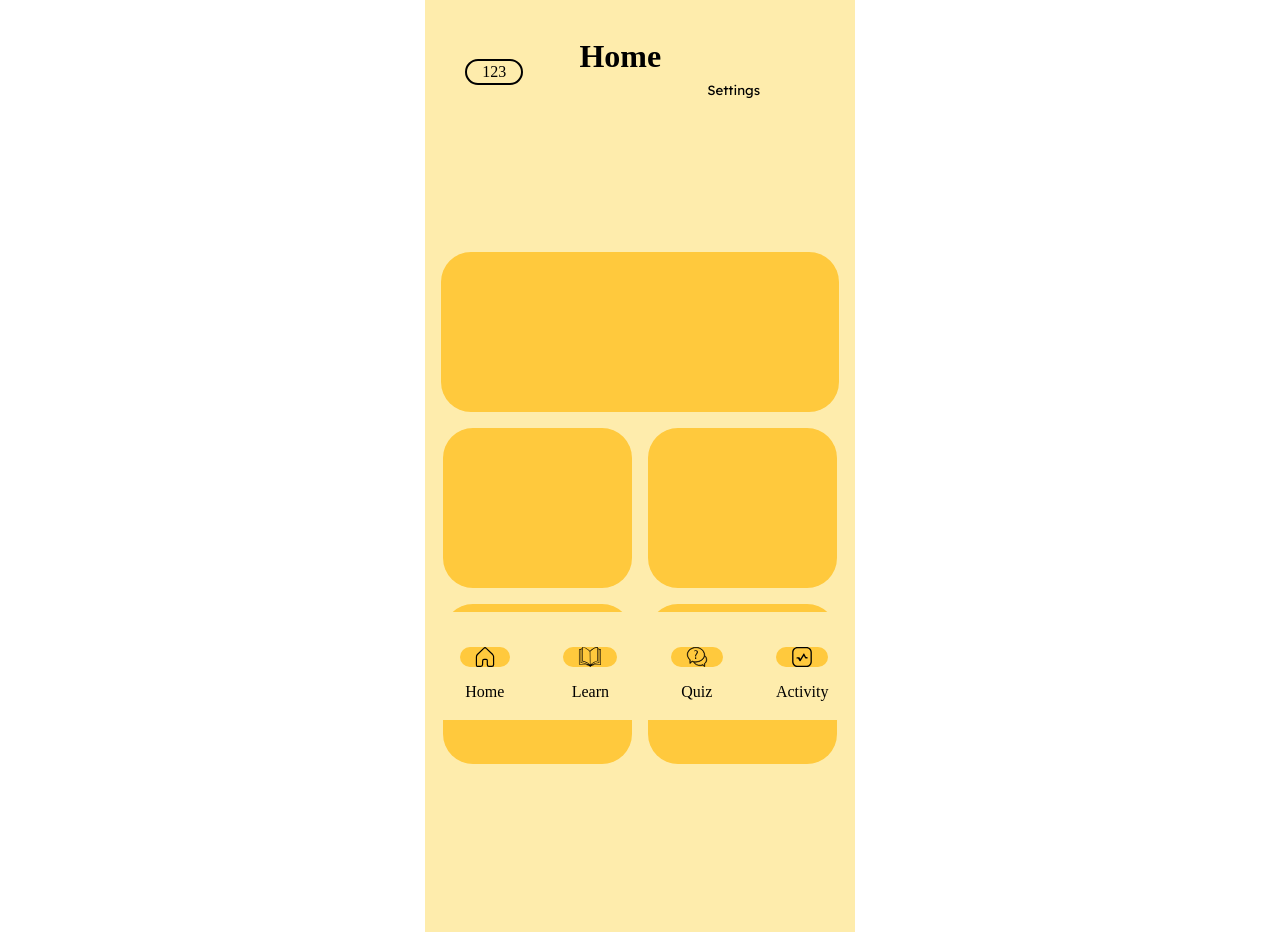
Repository: kellyzyhuang/HiveFive
Page: /
The author's editor kept a copy of each file at every save. The page is drawn from the files as they stood at one save, then again after a run of saves.
The browser window is 1280 px wide. The page is 1282 px wide, so the pictures cover 1282 px, including what lies to the right of the window. The pictures show the whole page.
Some web fonts or font styles are not loaded; a fallback is used. The project was rebuilt for these pictures with package versions that can differ from the ones it lists, and the page was loaded fresh each time. The framework's server and built-in components were replaced by stand-ins that run in the browser. Also part of the build but not shown: next.config.js, styles/Landing.module.css, components/buttons/index.js.

Above is the page before, as saved 2024-04-08 10:02:12.

### pages/index.js
import Head from 'next/head'
import Image from 'next/image'
import styles from '@/styles/Home.module.css'
import Header from '@/components/Header';
import NavBar from '@/components/NavBar';
import Landing from './Landing';

export default function Home() {
  return (
    <>
      <Head>
        <title>Hive Five</title>
        <meta name="description" content="Save the bees one question at a time" />
        <meta name="viewport" content="width=device-width, initial-scale=1" />
        <link rel="icon" href="/favicon.ico" />
        <link rel="preconnect" href="https://fonts.googleapis.com"/>
        <link rel="preconnect" href="https://fonts.gstatic.com" crossorigin/>
        <link href="https://fonts.googleapis.com/css2?family=Besley:ital,wght@0,400..900;1,400..900&family=Lexend:wght@100..900&display=swap" rel="stylesheet"></link>
      </Head>
      <main className={styles.main}>
        <div className={styles.screen}>
          <Header title="Home"/>
          <Landing/>
          <div className={styles.buffer}></div>
            <img/>
            <div className={styles.activityGraph}></div>
            <div className={styles.gallery}>
              <div className={styles.item}></div>
              <div className={styles.item}></div>
              <div className={styles.item}></div>
              <div className={styles.item}></div>
            </div>
            <NavBar className={styles.nav}/>
        </div>
      </main>
    </>
  )
}

### styles/globals.css
:root {
  --secondary-color: #FEECAC;
  --accent-color: #FFC93D;
  --tertiary-color: #4D6A58;
  --black-text: #0000;
  --incorrect: #851313;
  --correct: #1E3E19;
  --shadow: #D5D1A7;
  --sky-background: #E7F9FF;
}

### styles/Home.module.css
.main {
  display: flex;
  justify-content: center;
  background-color: var(--black-text);
  min-height: 100vh;
  margin: -10px;
}

.screen {
  width: 430px;
  height: 100%;
  background-color: var(--secondary-color);
  display: flex;
  justify-content: center;
  flex-wrap: wrap;
}

.buffer{
  height: 10rem;
  width: 100%;
}

.screen img {
  background-color: var(--accent-color);
  width: 100%;
  border-radius: 30px;
  margin: 1rem;
}

.activityGraph {
  width: 100%;
  border-radius: 30px;
  height: 10rem;
  background-color: var(--accent-color);
  margin: 0.5rem 1rem;
}

.gallery {
  display: flex;
  flex-wrap: wrap;
  justify-content: center;
  width: 100%;
  margin-bottom: 10rem;
}

.item {
  width: 44%;
  height: 10rem;
  background-color: var(--accent-color);
  border-radius: 30px;
  margin: 0.5rem;
}

.nav {
  background-color: var(--accent-color);
  height: 9rem;
  width: 430px;
  position: fixed;
  bottom: 0;
  z-index: 1000;
}

### components/Header/index.js
import styles from './Header.module.css';
import Image from 'next/image';
import Link from 'next/link';

export default function Header({ title }) {
  return(
    <header className={styles.header}>
      {/* <Image src="/images/bee.png" alt="bee icon" width={1} height={1}/>  */}
      {/* exit button will be here */}
      <ul className={styles.list}>
        <li className={styles.listItem}>
          <div className={styles.counter}>123</div>
        </li>
        <li className={styles.listItem}>
          <h1 className={styles.pageTitle}>{title}</h1>
        </li>
        <li className={styles.listItem}>
          <button className={styles.settings}><Link href="/Settings"><Image className={styles.settingsImg}/>Settings</Link></button>
        </li>
      </ul>
    </header>
  )
}

### components/NavBar/index.js
import styles from "./NavBar.module.css";
import Link from "next/link";
import Image from "next/image";

export default function NavBar(){
    return(
        <nav className={styles.navBar}>
            <div className={styles.navMenu}>{/* will add */}
            <ul className={styles.navList}>
                <li className={styles.home}>
                    <Link href="/">
                        <div className={styles.iconLabel}>
                            <Image className={styles.navIcon} src={"/images/home_icon.svg"} width={20} height={20}/>
                            <span className={styles.label}>Home</span>
                        </div>
                    </Link>
                </li>
                <li className={styles.learnMore}>
                    <Link href="/">
                        <div className={styles.iconLabel}>
                            <Image className={styles.navIcon} src={"/images/learn_more_icon.svg"} width={20} height={20}/>
                            <span className={styles.label}>Learn</span>
                        </div>
                    </Link>
                </li>
                <li className={styles.quiz}>
                    <Link href={'/Quiz'}>
                        <div className={styles.iconLabel}>
                            <Image className={styles.navIcon} src={"/images/quiz_icon.svg"} width={20} height={20}/>
                            <span className={styles.label}>Quiz</span>
                        </div>
                    </Link>
                </li>
                <li className={styles.activity}>
                    <Link href="/Activity">
                        <div className={styles.iconLabel}>
                            <Image className={styles.navIcon} src={"/images/activity_icon.svg"} width={20} height={20}/>
                            <span className={styles.label}>Activity</span>
                        </div>
                    </Link>
                </li>
            </ul>
            </div>
        </nav>
    )
}

### pages/Landing.js
import styles from "@/styles/Landing.module.css";
import Images from "next/image";
import Button from "@/components/buttons";

export default function Landing(){
    return(
        <div>
            <img/>
            <button className={styles.btnTutorial}></button>
        </div>
    )
}

### components/Header/Header.module.css
.header {
  background-color: var(--secondary-color);
  height:7rem;
  width: 430px;
  position: fixed;
  top: 0;
  z-index: 1000;
  display: flex;
}

.list {
  list-style-type: none;
  display: flex;
  justify-content: space-between;
  align-items: center;
}

.pageTitle {
  font-size: 2rem;
  width: 100%;
  transform: translate(-0.5rem);
  font-family: 'Besley', serif;
}

.counter {
  border: 2px solid black;
  width: 3rem;
  height: 1rem;
  padding: 0.2rem;
  margin-right: 4rem;
  border-radius: 20px;
  background-color: none;
  display: flex;
  justify-content: center;
  align-items: center;
  margin-top: 2rem;
}

.settings {
  transform: translate(2rem);
  margin-top: 2rem;
  margin-right: 15rem;
  background-color: inherit;
  border: none;
  font-family: 'Lexend', sans-serif;
}

.settings a{
  color: black;
  text-decoration: none;
}

### components/NavBar/NavBar.module.css
.navBar{
    background-color: var(--secondary-color);
    color: var(--black-text);
    width: 430px;
    position: fixed;
    bottom: 0;
    z-index: 1000;
    justify-content: center;
    align-items: center;
}

.navIcon {
    width: 2rem;
}

.navList{
   display: flex;
   justify-content: space-around;
   margin-left: -2rem;
}

.label{
    color: black;
}

.activity a, .learnMore a, .quiz a, .home a{
    text-decoration: none;
}

.iconLabel{
    display: flex;
    flex-direction: column;
    justify-content: center;
    align-items: center;
    padding: 0.2rem;
}

Loaded but not shown: pages/_app.js (common file); pages/_document.js (common file); components/buttons/buttons.module.css (no stored copy; drawn as an empty file)

After the next 4 saves:
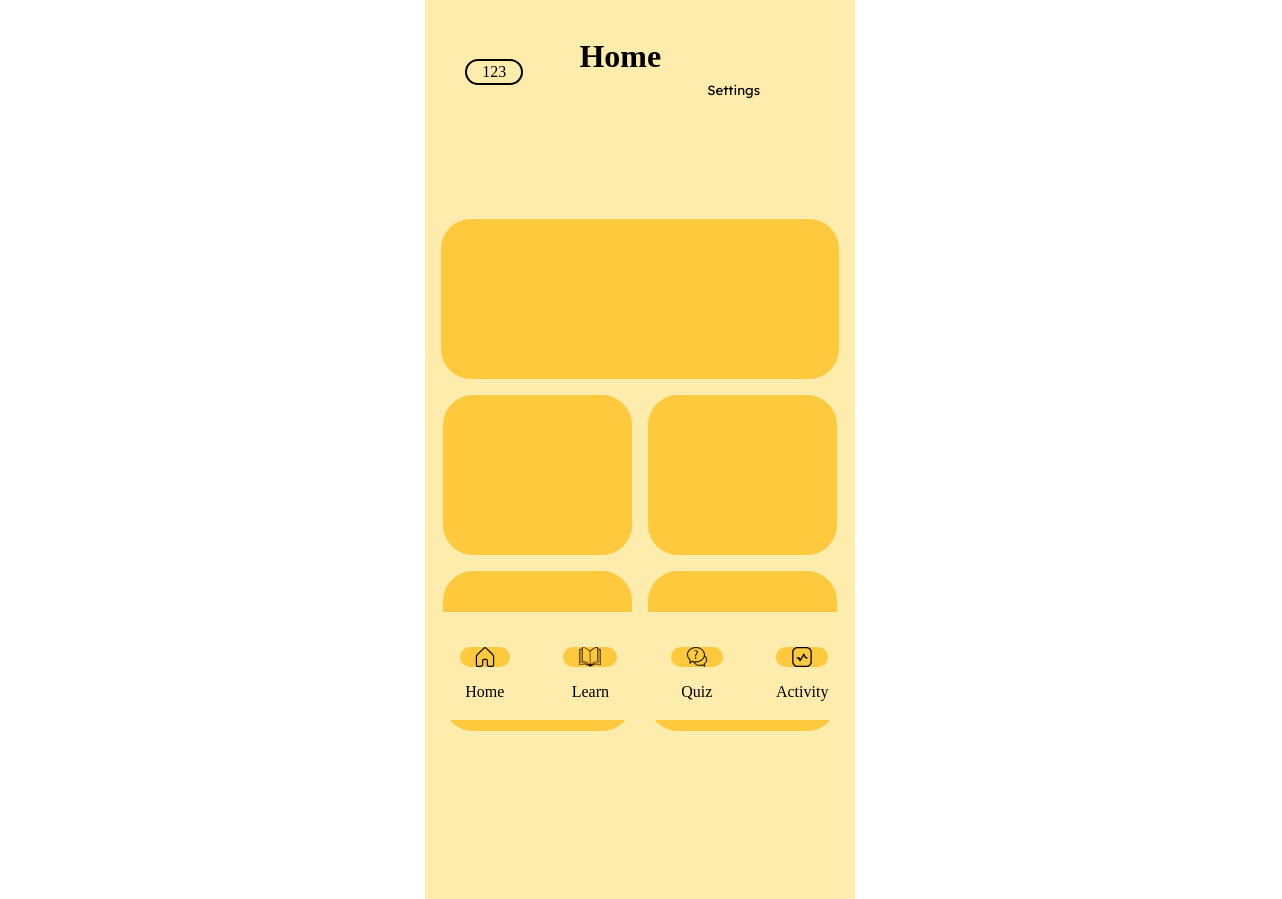
The 4 saves are shown as one change because 3 did not build or start.
The last was saved 85 s later.
--- a/pages/index.js
+++ b/pages/index.js
@@ -4,6 +4,7 @@
 import Header from '@/components/Header';
 import NavBar from '@/components/NavBar';
 import Landing from './Landing';
+import Link from 'next/link';
 
 export default function Home() {
   return (
@@ -20,7 +21,9 @@
       <main className={styles.main}>
         <div className={styles.screen}>
           <Header title="Home"/>
-          <Landing/>
+          <button>
+          <Link src="/Landing">tutorial</Link>
+          </button>
           <div className={styles.buffer}></div>
             <img/>
             <div className={styles.activityGraph}></div>
